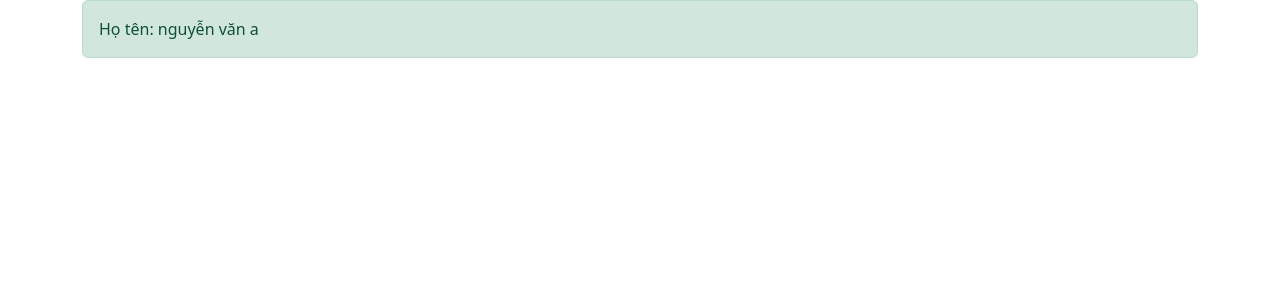
Repository: hcozyph/CyberSoft_Bai_Tap_Tren_Lop
Page: AJAX/AJAX_BASIC/index.html
An editor plug-in stored every save of this project. The page is shown before and after the next save, followed by the edit.
The browser window is 1280 px wide. The pictures show the whole page.
Some web libraries are served in a nearby version.

Above is the page before, as saved 2023-03-05 11:33:17.
Console error: TypeError: Cannot set properties of null (setting 'innerHTML')

After the next save:
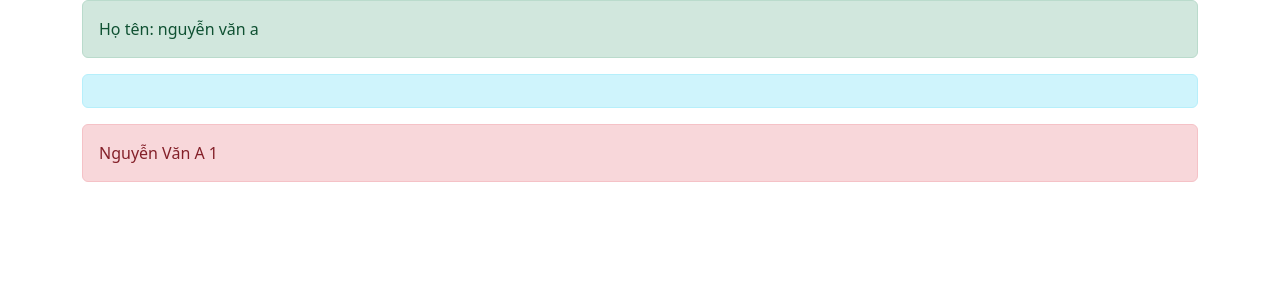
The error is gone.
Saved 35 s later.
--- a/AJAX/AJAX_BASIC/index.html
+++ b/AJAX/AJAX_BASIC/index.html
@@ -21,6 +21,8 @@
     <body>
         <div class="container">
             <div id="content" class="alert alert-success"></div>
+            <div id="content-xml" class="alert alert-info"></div>
+            <div id="content-json" class="alert alert-danger"></div>
         </div>
 
         <!----- LIBRARY ----->
